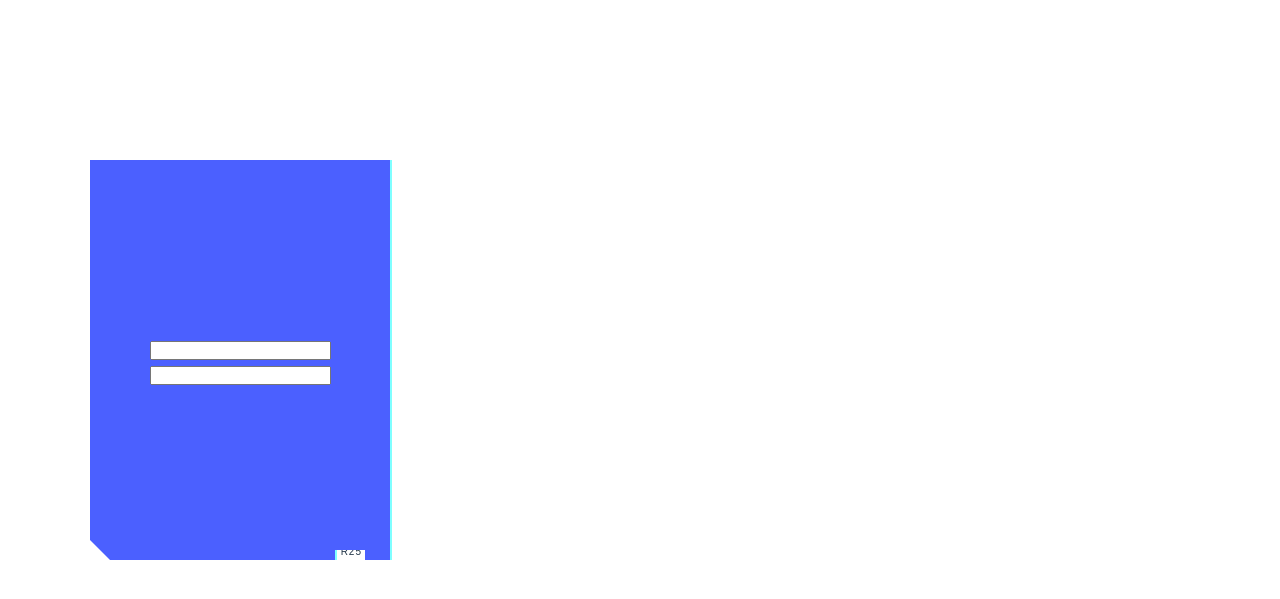
Repository: yezhonghu0503/brainstorming
Page: /
The author's editor kept a copy of each file at every save. The page is drawn from the files as they stood at one save, then again after the next save.
The browser window is 1280 px wide. The pictures show the whole page.
The project was rebuilt for these pictures with package versions that can differ from the ones it lists, and the page was loaded fresh each time. Also part of the build but not shown: vite.config.ts.

Above is the page before, as saved 2022-10-11 16:51:02.

After the next save:
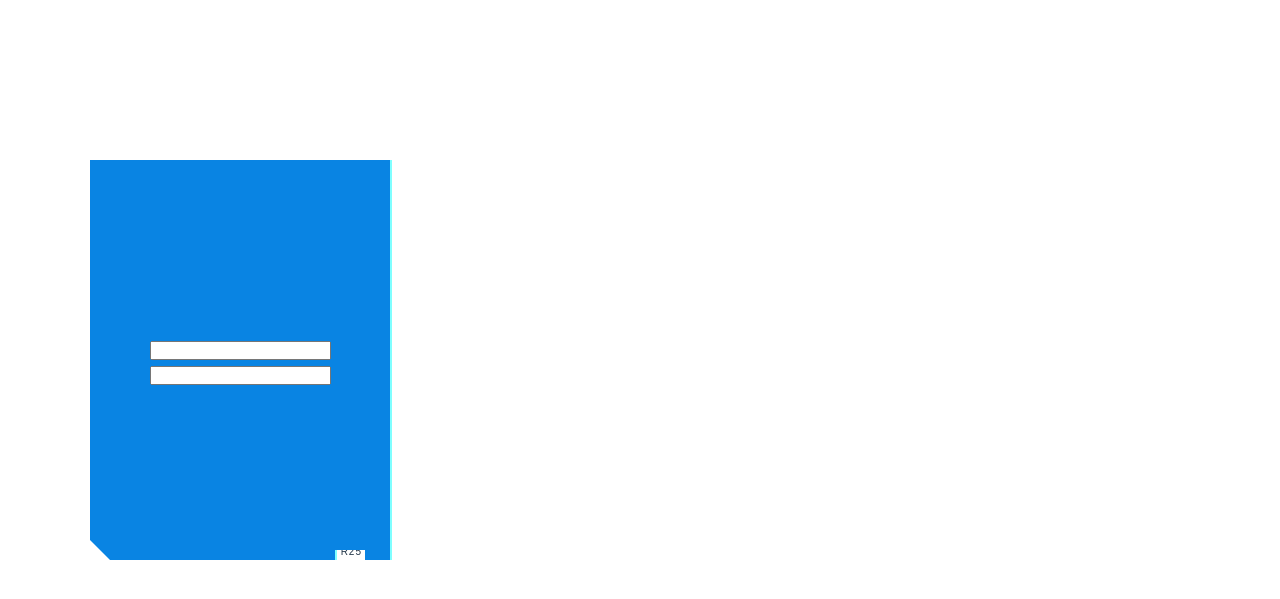
Saved 7 s later.
--- a/src/views/login/2077win/index.vue
+++ b/src/views/login/2077win/index.vue
@@ -65,11 +65,11 @@
   background: hsl(180, 100%, 50%, 50%);
 }
 .button::after {
-  background: rgb(75, 96, 255);
+  background: #0984e3;
 }
 
 .glitch {
-  background: rgb(75, 96, 255);
+  background: #0984e3;
   box-shadow: 0 0 0 1px hsl(180, 100%, 50%) inset;
   z-index: 10;
   opacity: 0;
